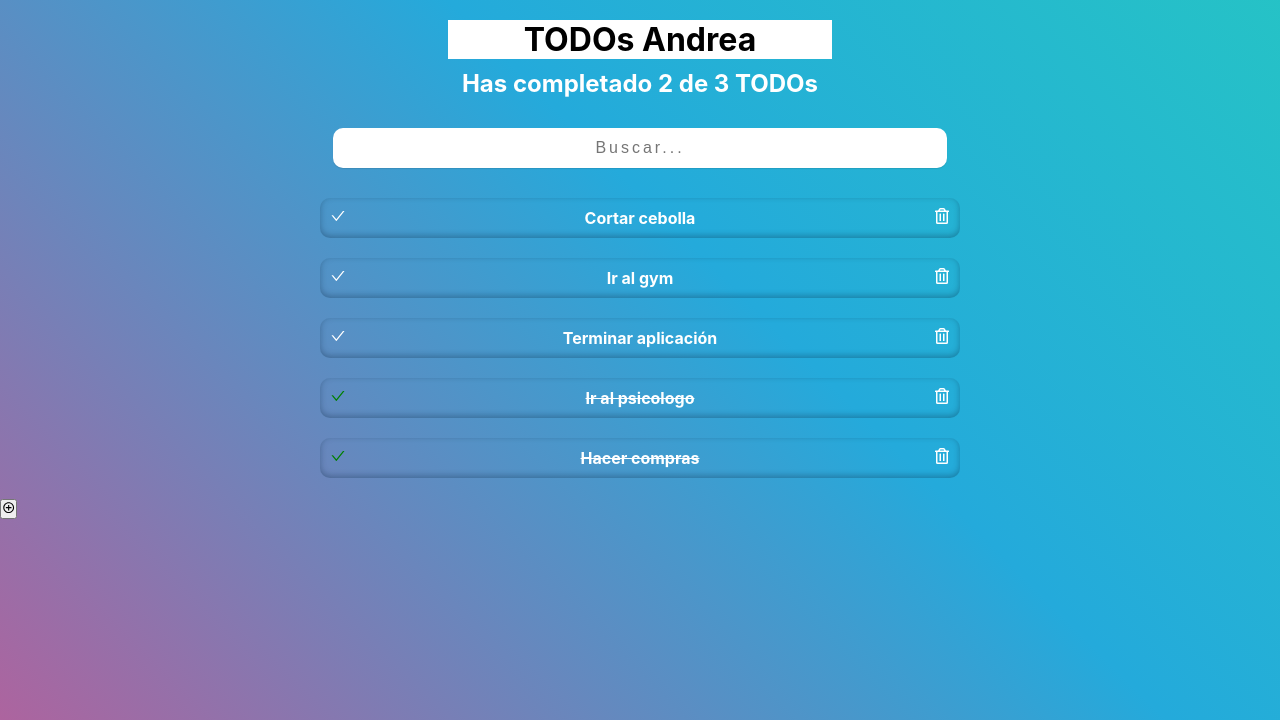
Repository: Pandrea-hub/TODOs
Page: /
An editor plug-in stored every save of this project. The page is shown before and after the next save, followed by the edit.
The browser window is 1280 px wide. The pictures show the whole page.
The project was rebuilt for these pictures with package versions that can differ from the ones it lists, and the page was loaded fresh each time. Also part of the build but not shown: src/TodoList.css.

Above is the page before, as saved 2022-06-07 10:34:17.

After the next save:
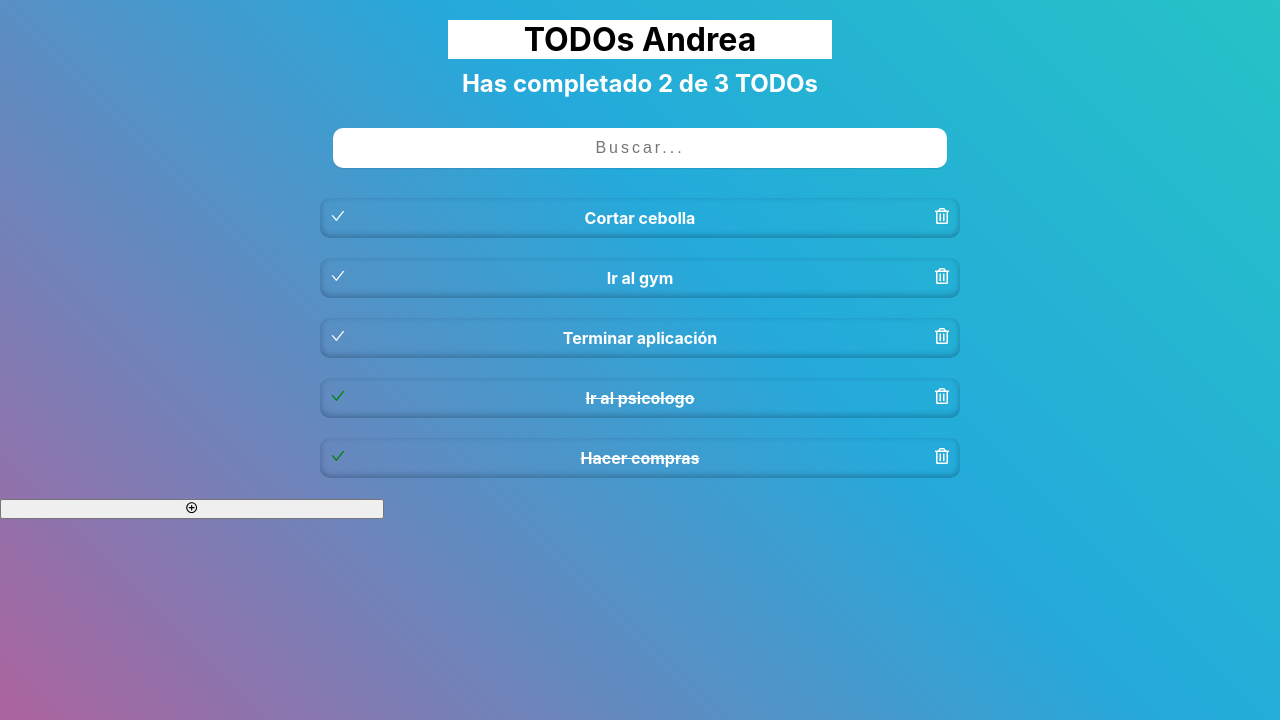
Saved 35 min 1 s later.
--- a/src/CreateTodoButton.css
+++ b/src/CreateTodoButton.css
@@ -1,3 +1,4 @@
 button{
     margin: 0 auto;
+    width: 30%;
 }
